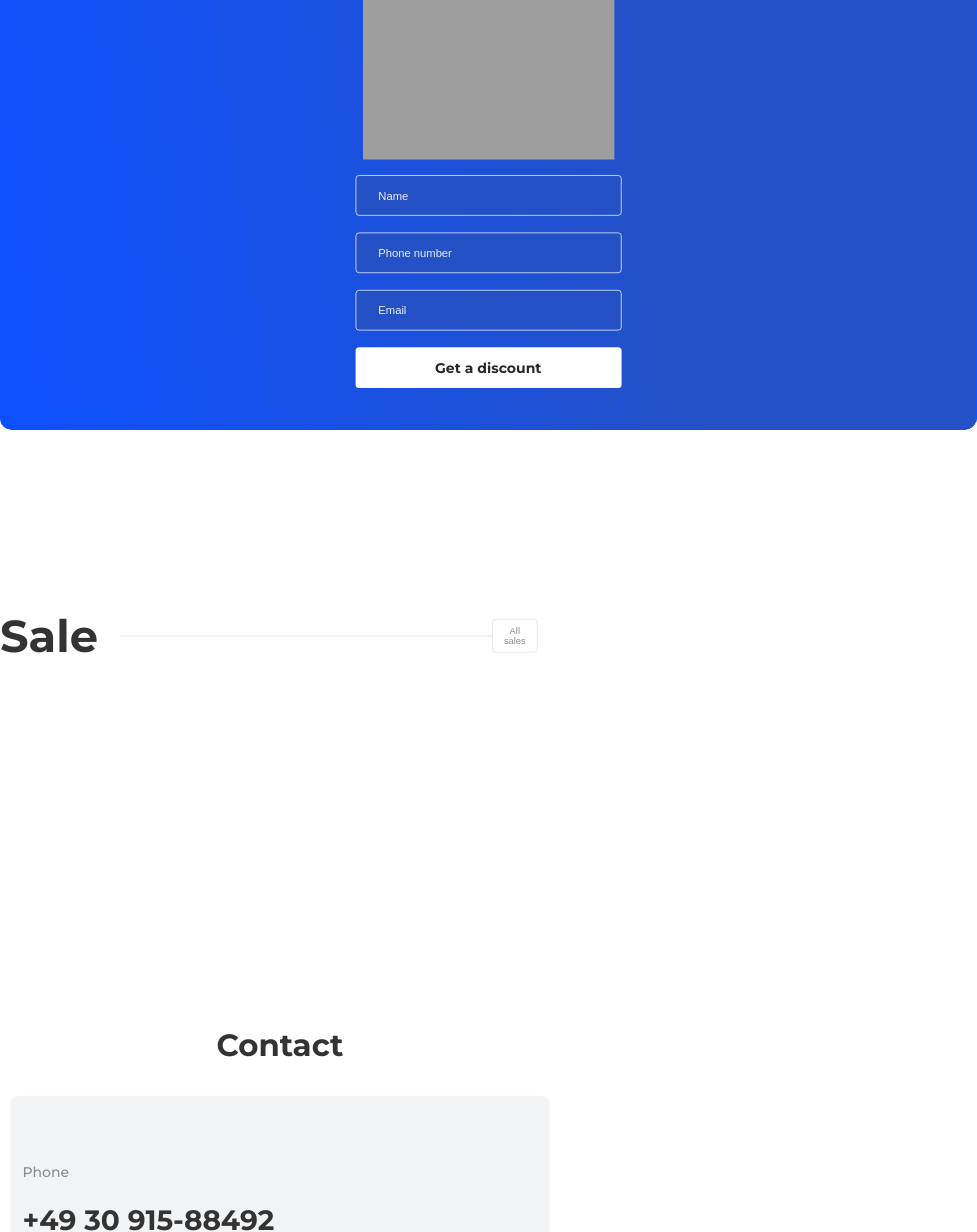
Repository: jursylian/PET-INTERNET-SHOP-PROJECT
Page: /
An editor plug-in stored every save of this project. The page is shown before and after the next save, followed by the edit.
The browser window is 768 px wide. The page is 1395 px wide, so the pictures cover 1395 px, including what lies to the right of the window. The pictures show the part of the page from y = 1713 to 3473 px (the page is 4917 px tall before and 4893 px after), at 70% of full size.
Pictures or frames that could not be fetched are drawn as grey boxes. The page's requests for data from a server got no answer. The project was rebuilt for these pictures with package versions that can differ from the ones it lists, and the page was loaded fresh each time. No one was signed in, and anything a server would have sent is missing. Also part of the build but not shown: vite.config.js, src/pages/CategoriesAll/CategoriesAll.module.css, src/layouts/PageSection/PageSection.module.css, src/layouts/PageSection/PageSection.jsx, src/pages/CategoriesAll/CategoriesAll.jsx, src/redux/productsSelectors.js, src/components/ProductFilter/ProductFilter.module.css, src/components/ProductFilter/ProductFilter.jsx and 22 more.

Above is the page before, as saved 2025-11-06 18:40:49.

### index.html
<!DOCTYPE html>
<html lang="en">
  <head>
    <meta charset="UTF-8" />
    <link rel="icon" type="image/svg+xml" href="/vite.svg" />
    <link
      href="https://fonts.googleapis.com/css2?family=Montserrat:wght@400;500;700&display=swap"
      rel="stylesheet"
    />

    <meta name="viewport" content="width=device-width, initial-scale=1.0" />
    <title>pet-internet-shop-project</title>
  </head>
  <body>
    <div id="root"></div>
    <script type="module" src="/src/main.jsx"></script>
  </body>
</html>

### src/main.jsx
import React from "react";
import ReactDOM from "react-dom/client";
import App from "./App";
import { Provider } from "react-redux";
import store from "./redux/store";
import { BrowserRouter } from "react-router-dom";
import "./index.css";

ReactDOM.createRoot(document.getElementById("root")).render(
  <BrowserRouter>
    <Provider store={store}>
      <App />
    </Provider>
  </BrowserRouter>
);

### src/App.jsx
import "./App.css";
import AppRouter from "./router/AppRouter";

function App() {
  return (
    <>
      <AppRouter />
    </>
  );
}

export default App;

### src/index.css
* {
  margin: 0;
  padding: 0;
  box-sizing: border-box;
}

body {
  font-family: "Montserrat";
  font-size: 16px;
  line-height: 1.5;
  color: #333;
}

.text-decoration-none {
  text-decoration: none;
}

### src/router/AppRouter.jsx
import { Routes, Route } from "react-router-dom";
import MainLayout from "../layouts/MainLayout/MainLayout";

import Home from "../pages/Home/Home";
import CategoriesAll from "../pages/CategoriesAll/CategoriesAll";
import AllProducts from "../pages/AllProducts/AllProducts";
import ProductDescription from "../pages/ProductDescription/ProductDescription";
import Cart from "../pages/Cart/Cart";
import NotFound from "../pages/NotFound/NotFound";
import AllSales from "../pages/AllSales/AllSales";
import CategoryPage from "../pages/CategoryPage/CategoryPage";

function AppRouter() {
  return (
    <Routes>
      <Route element={<MainLayout />}>
        <Route path="/" element={<Home />} />
        <Route path="/categories" element={<CategoriesAll />} />
        <Route path="/categories/:categoryId" element={<CategoryPage />} />
        <Route path="/discounts" element={<AllSales />} />
        <Route path="/products" element={<AllProducts />} />
        <Route path="/product/:productId" element={<ProductDescription />} />
        <Route path="/cart" element={<Cart />} />
        <Route path="*" element={<NotFound />} />
      </Route>
    </Routes>
  );
}

export default AppRouter;

### src/layouts/MainLayout/MainLayout.jsx
import { Outlet } from "react-router-dom";
import Header from "../Header/Header";
import Footer from "../Footer/Footer";

export default function MainLayout() {
  return (
    <>
      <Header />
      <main className="container mx-auto p-4 min-h-[80vh]">
        <Outlet />
      </main>
      <Footer />
    </>
  );
}

### src/pages/Home/Home.jsx
import Categories from "../../components/Categories/Categories";
import PromoBanner from "../../components/PromoBanner/PromoBanner";
import DiscountForm from "../../components/DiscountForm/DiscountForm";
import Sales from "../../components/Sales/Sales";
import styles from "./Home.module.css";

function Home() {
  return (
    <main className={styles.wrapper}>
      <PromoBanner />
      <Categories />
      <DiscountForm />
      <Sales />
    </main>
  );
}

export default Home;

### src/layouts/Header/Header.jsx
import { Link, NavLink, useLocation } from "react-router-dom";
import { useSelector } from "react-redux";
import styles from "./Header.module.css";
import logo from "../../assets/logo.svg";
import cartIcon from "../../assets/cart-icon.svg";

function Header() {
  const items = useSelector((state) => state.cart.items);
  const totalQuantity = items.reduce((sum, item) => sum + item.quantity, 0);
  const location = useLocation();

  const currentPath = location.pathname;

  return (
    <header
      className={`${styles.header} ${
        currentPath !== "/" ? styles.withDivider : ""
      }`}
    >
      <div className={styles.left}>
        <Link to="/" className={styles.logo}>
          <img src={logo} alt="Логотип" />
        </Link>
      </div>

      <nav className={styles.nav}>
        {currentPath === "/" ? (
          <span className={styles.inactive}>Main Page</span>
        ) : (
          <NavLink to="/" end>
            Main Page
          </NavLink>
        )}

        {currentPath === "/categories" ? (
          <span className={styles.inactive}>Categories</span>
        ) : (
          <NavLink to="/categories">Categories</NavLink>
        )}

        {currentPath === "/products" ? (
          <span className={styles.inactive}>All Products</span>
        ) : (
          <NavLink to="/products">All Products</NavLink>
        )}

        {currentPath === "/discounts" ? (
          <span className={styles.inactive}>All Sales</span>
        ) : (
          <NavLink to="/discounts">All Sales</NavLink>
        )}
      </nav>

      <div className={styles.right}>
        <Link to="/cart" className={styles.cart}>
          <img src={cartIcon} alt="Корзина" />
          {totalQuantity > 0 && (
            <span className={styles.count}>{totalQuantity}</span>
          )}
        </Link>
      </div>
    </header>
  );
}

export default Header;

### src/layouts/Footer/Footer.jsx
import styles from "./Footer.module.css";
import chatIcon from "../../assets/ic-instagram.svg";
import phoneIcon from "../../assets/ic-whatsapp.svg";

export default function Footer() {
  return (
    <footer className={styles.footer}>
      <h3 className={styles.contact}>Contact</h3>
      <div className={styles.info}>
        <div className={styles.container}>
          <div className={styles.card}>
            <p className={styles.text}>Phone</p>
            <p className={styles.textInfo}>+49 30 915-88492</p>
          </div>
          <div className={styles.icons}>
            <p className={styles.text}>Socials</p>
            <div className={styles.socialsMedien}>
              <img src={chatIcon} alt="Chat" />
              <img src={phoneIcon} alt="Phone" />
            </div>
          </div>
        </div>

        <div className={styles.container}>
          <div className={styles.card}>
            <p className={styles.text}>Address</p>
            <p className={styles.textInfo}>
              Wallstraẞe 9-13, 10179 Berlin, Deutschland
            </p>
          </div>
          <div className={styles.icons}>
            <p className={styles.text}>Working Hours</p>
            <p className={styles.textInfo}>24 hours a day</p>
          </div>
        </div>
      </div>
      <div className={styles.map}>
        <iframe
          className={styles.iframe}
          src="https://www.google.com/maps/embed?pb=!1m18!1m12!1m3!1d3642.428115488763!2d13.40018838277564!3d52.5113162995337!2m3!1f0!2f0!3f0!3m2!1i1024!2i768!4f13.1!3m3!1m2!1s0x47a84e27db4748a5%3A0x1d538c01013c2c7!2sWallstra%C3%9Fe%209-13%2C%2010179%20Berlin!5e0!3m2!1suk!2sde!4v1760550313224!5m2!1suk!2sde"
          width="600"
          height="450"
          style={{ border: 0 }}
          allowFullScreen=""
          loading="lazy"
          referrerPolicy="no-referrer-when-downgrade"
        ></iframe>
      </div>
    </footer>
  );
}

### src/components/Categories/Categories.jsx
import { useNavigate } from "react-router-dom";
import { useEffect, useState } from "react";
import axios from "axios";
import styles from "./Categories.module.css";

const Categories = () => {
  const navigate = useNavigate();
  const [categories, setCategories] = useState([]);

  useEffect(() => {
    const fetchCategories = async () => {
      try {
        const res = await axios.get("http://localhost:3333/categories/all");
        setCategories(res.data.slice(0, 4));
      } catch (err) {
        console.error("Ошибка загрузки категорий:", err);
      }
    };

    fetchCategories();
  }, []);

  return (
    <section className={styles.categories}>
      <div className={styles.header}>
        <h2 className={styles.title}>Categories</h2>
        <div className={styles.line}></div>
        <button
          onClick={() => navigate("/categories")}
          className={styles.showAllBtn}
        >
          All categories
        </button>
      </div>

      <div className={styles.cards}>
        {categories.map(({ id, title, image }) => (
          <div
            key={id}
            className={styles.card}
            onClick={() => navigate(`/categories/${id}`)}
          >
            <img
              src={`http://localhost:3333${image}`}
              alt={title}
              className={styles.image}
            />
            <p className={styles.label}>{title}</p>
          </div>
        ))}
      </div>
    </section>
  );
};

export default Categories;

### src/components/PromoBanner/PromoBanner.jsx
import { Link } from "react-router-dom";
import styles from "./PromoBanner.module.css";
import bannerImage from "../../assets/background.png";

function PromoBanner() {
  return (
    <section className={styles.hero}>
      <img src={bannerImage} alt="Баннер" className={styles.image} />

      <div className={styles.content}>
        <h1>
          Amazing Discounts <br />
          on Pets Products!
        </h1>

        <Link to="/discounts" className={styles.button}>
          Check out
        </Link>
      </div>
    </section>
  );
}

export default PromoBanner;

### src/pages/Home/Home.module.css
/* Home.module.css */
.wrapper {
  display: flex;
  flex-direction: column;
  gap: 80px;
  padding: 40px 0;
}

.section {
  display: flex;
  flex-direction: column;
  gap: 24px;
}

.title {
  font-size: 28px;
  font-weight: 600;
}

.grid {
  display: grid;
  grid-template-columns: repeat(auto-fill, minmax(220px, 1fr));
  gap: 24px;
}

.message {
  font-size: 16px;
  color: #555;
}

### src/layouts/Header/Header.module.css
.header {
  display: flex;
  align-items: center;
  justify-content: space-between;
  padding: 40px 80px;
  height: 128px;
  width: 100%;
  position: relative;
  background-color: #fff;
  z-index: 10;
}

.withDivider {
  border-bottom: 1px solid #e5e5e5;
}

.left,
.right {
  flex: 1;
  display: flex;
  align-items: center;
}

.left {
  justify-content: flex-start;
}

.right {
  justify-content: flex-end;
}

.logo img {
  height: 70px;
  display: block;
  transition: transform 0.3s ease;
}

.logo img:hover {
  transform: scale(1.2);
}

.nav {
  flex: 2;
  display: flex;
  justify-content: center;
  align-items: center;
  gap: 44px;
}

.nav a {
  text-decoration: none;
  color: #282828;
  font-weight: 500;
  font-size: 20px;
  transition: color 0.2s ease;
}

.nav a:hover {
  color: #007bff;
}

.active {
  color: #007bff;
  font-weight: 600;
}

.inactive {
  color: #8b8b8b;
  font-weight: 500;
  font-size: 20px;
  cursor: default;
  text-decoration: none;
  pointer-events: none;
}

.inactive:hover {
  color: #8b8b8b;
}

.cart {
  position: relative;
  display: flex;
  align-items: center;
}

.cart img {
  height: 44px;
}

.count {
  position: absolute;
  top: 0;
  left: -6px;
  background-color: #007bff;
  color: white;
  border-radius: 50%;
  font-size: 12px;
  font-weight: bold;
  width: 22px;
  height: 22px;
  display: flex;
  align-items: center;
  justify-content: center;
}

### src/components/Categories/Categories.module.css
.categories {
  height: auto;
  min-height: 560px;
  border-radius: 10px;
  width: 100%;
  max-width: 1360px;
  margin: 0 auto;
  padding-bottom: 10px;
  margin-top: 106px;
}

.header {
  display: flex;
  align-items: center;
  margin-bottom: 40px;
  gap: 0; /* чтобы элементы были вплотную */
}

.title {
  font-family: Montserrat;
  font-weight: 700;
  font-size: 64px;
  margin-right: 32px;
  white-space: nowrap;
}

.line {
  flex: 1;
  height: 1px;
  background-color: #dddddd;
  margin-right: -1px; /* чтобы линия прямо “врезалась” в кнопку */
}

.showAllBtn {
  border: 1px solid #dddddd;
  border-radius: 5px;
  background-color: white;
  padding: 8px 16px;
  color: #8b8b8b;
  cursor: pointer;
  transition: all 0.3s ease;
  margin-left: 0; /* убираем отступ между линией и кнопкой */
}

.showAllBtn:hover {
  background-color: #7e7b7b;
  color: white;
  transform: translateY(-2px);
  box-shadow: 0 4px 8px rgba(0, 0, 0, 0.1);
}

.showAllBtn:active {
  background-color: #0d50ff;
  transform: scale(0.98);
  box-shadow: inset 0 2px 4px rgba(0, 0, 0, 0.2);
}

.cards {
  display: flex;
  flex-wrap: wrap;
  gap: 32px;
  justify-content: center;
}

.card {
  position: relative;
  text-align: center;
  cursor: pointer;
}

.image {
  width: 316px;
  height: 350px;
  object-fit: cover;
  border-radius: 12px;
  transition: transform 0.3s ease, box-shadow 0.3s ease;
}

.image:hover {
  transform: translateY(-6px) scale(1.1);
  box-shadow: 0 8px 16px rgba(0, 0, 0, 0.1);
}

.label {
  font-weight: 500;
  font-size: 20px;
  color: #282828;
  margin-top: 16px;
  line-height: 130%;
}

@media (max-width: 768px) {
  .header {
    flex-direction: column;
    align-items: center;
    gap: 16px;
  }

  .title {
    font-size: 36px;
    margin-right: 0;
  }

  .line {
    width: 100%;
    margin-right: 0;
  }

  .showAllBtn {
    font-size: 14px;
    padding: 6px 10px;
  }

  .cards {
    flex-direction: column;
    align-items: center;
    gap: 20px;
  }
}

### src/components/PromoBanner/PromoBanner.module.css
.hero {
  position: relative;
  width: 100%;
  height: 520px;
  overflow: hidden;
  margin-top: -40px;
}

.image {
  position: absolute;
  top: 0;
  left: 0;
  width: 100%;
  height: 100%;
  object-fit: cover;
  z-index: 1;
}

.content {
  position: relative;
  z-index: 2;
  color: #fff;
  text-align: left;
  padding-left: 80px;
  transform: translateY(50px);
}

.content h1 {
  font-size: 96px;
  font-weight: 700;
  margin-bottom: 40px;
  line-height: 1.1;
}

.button {
  display: inline-block;
  background: #0d50ff;
  color: #fff;
  font-weight: 600;
  font-size: 20px;
  border: none;
  border-radius: 8px;
  cursor: pointer;
  transition: background-color 0.2s ease, transform 0.2s ease;
  padding: 16px 36px;
  text-decoration: none;
  box-sizing: border-box;
}

.button:hover {
  background-color: #0036cc;
  transform: translateY(-3px);
  box-shadow: 0px 12px 20px rgba(13, 80, 255, 0.4);
}

### src/ui/Input/Input.jsx
import styles from "./Input.module.css";

const Input = ({
  type = "text",
  name,
  label,
  placeholder,
  value,
  onChange,
  error,
  id,
  ...rest
}) => {
  const inputId = id || name;

  return (
    <div className={styles.field}>
      {label && (
        <label htmlFor={inputId} className={styles.label}>
          {label}
        </label>
      )}
      <input
        id={inputId}
        type={type}
        name={name}
        placeholder={placeholder}
        value={value}
        onChange={onChange}
        aria-invalid={!!error}
        aria-describedby={error ? `${inputId}-error` : undefined}
        className={`${styles.input} ${error ? styles.errorBorder : ""}`}
        autoComplete="off"
        {...rest}
      />
      {error && (
        <p id={`${inputId}-error`} className={styles.error}>
          {error}
        </p>
      )}
    </div>
  );
};

export default Input;

### src/ui/Button/Button.jsx
import { useState } from "react";
import styles from "./Button.module.css";

const Button = ({ children, onClick, type = "button", disabled = false }) => {
  const [submitted, setSubmitted] = useState(false);

  const handleClick = async (e) => {
    if (onClick) {
      const result = await onClick(e);

      if (result === true) {
        setSubmitted(true);
        setTimeout(() => setSubmitted(false), 3000);
      }
    }
  };

  return (
    <button
      type={type}
      onClick={handleClick}
      className={`${styles.button} ${submitted ? styles.submitted : ""}`}
      disabled={disabled || submitted}
    >
      {submitted ? "Request submitted" : children}
    </button>
  );
};

export default Button;

### src/components/DiscountForm/DiscountForm.module.css
.wrapper {
  width: 1395px;
  margin: 60px auto;
  border-radius: 16px;
  overflow: hidden;
}

.discountSection {
  position: relative;
  background: linear-gradient(261.47deg, #2451c6 32.63%, #0d50ff 98.96%);
  border-radius: 16px;
  padding: 60px 80px 0;
  display: flex;
  flex-direction: column;
  justify-content: space-between;
  min-height: 485px;
  overflow: hidden;
}

.title {
  color: #ffffff;
  font-weight: 800;
  font-size: 64px;
  text-align: center;
  margin-bottom: 40px;
  letter-spacing: 0.5px;
}

.content {
  display: flex;
  justify-content: space-between;
  align-items: flex-end;
  position: relative;
  gap: 40px;
}

.imageWrap {
  flex: 0 0 60%;
  display: flex;
  align-items: flex-end;
  justify-content: flex-start;
}

.animals {
  width: 110%;
  height: auto;
  object-fit: contain;
  margin-bottom: 0;
}

.form {
  flex: 0 0 40%;
  display: flex;
  flex-direction: column;
  gap: 24px;
  align-items: stretch;
  justify-content: flex-end;
  padding-bottom: 32px;
}

@media (max-width: 1024px) {
  .discountSection {
    padding: 40px 24px;
  }

  .title {
    font-size: 42px;
    margin-bottom: 24px;
  }

  .content {
    flex-direction: column;
    align-items: center;
    gap: 32px;
  }

  .form {
    width: 100%;
    max-width: 380px;
    padding-bottom: 20px;
  }

  .imageWrap {
    justify-content: center;
  }

  .animals {
    width: 90%;
    transform: translateY(10px);
  }
}

@media (max-width: 600px) {
  .title {
    font-size: 32px;
  }

  .form {
    gap: 16px;
  }
}

### src/ui/Input/Input.module.css
.field {
  width: 100%;
  display: flex;
  flex-direction: column;
}

.input {
  padding: 16px 32px;
  width: 100%;
  height: 58px;
  border-radius: 5px;
  border: 1px solid #ffffff;
  background-color: #2451c6;
  color: #ffffff;
  font-size: 18px;
  transition: all 0.2s ease;
}

.input::placeholder {
  color: #ffffff;
  opacity: 0.9;
  font-size: 16px;
}

.input:focus {
  border-color: #ffffff;
  box-shadow: 0 0 0 3px rgba(255, 255, 255, 0.3);
  outline: none;
  background-color: #2b5be0;
}

.errorBorder {
  border-color: #ff5555;
  background-color: #2b3b91;
}

.error {
  font-size: 14px;
  color: #ffcccc;
  margin-top: 4px;
}

### src/ui/Button/Button.module.css
.button {
  padding: 16px 32px;
  width: 100%;
  height: 58px;
  font-family: Montserrat, sans-serif;
  font-weight: 600;
  font-size: 20px;
  border: none;
  border-radius: 5px;
  cursor: pointer;
  background-color: #fff;
  color: #282828;
  transition: all 0.3s ease;
}

/* при наведении */
.button:hover {
  background-color: #282828;
  color: #fff;
}

/* активное состояние (после отправки) */
.button.submitted {
  background-color: #fff;
  color: #0d50ff;
  border: 2px solid #0d50ff;
  cursor: default;
  transition: all 0.3s ease;
}

/* убираем hover для состояния submitted */
.button.submitted:hover {
  background-color: #fff;
  color: #0d50ff;
}

Loaded but not shown: src/redux/productSlice.js (51 lines, source omitted); src/redux/cartSlice.js (38 lines, source omitted); src/redux/store.js (12 lines, source omitted); src/components/DiscountForm/DiscountForm.jsx (91 lines, source omitted); src/components/Sales/Sales.jsx (89 lines, source omitted); src/components/Sales/Sales.module.css (156 lines, source omitted); src/layouts/Footer/Footer.module.css (155 lines, source omitted); src/App.css (no stored copy; drawn as an empty file)

After the next save:
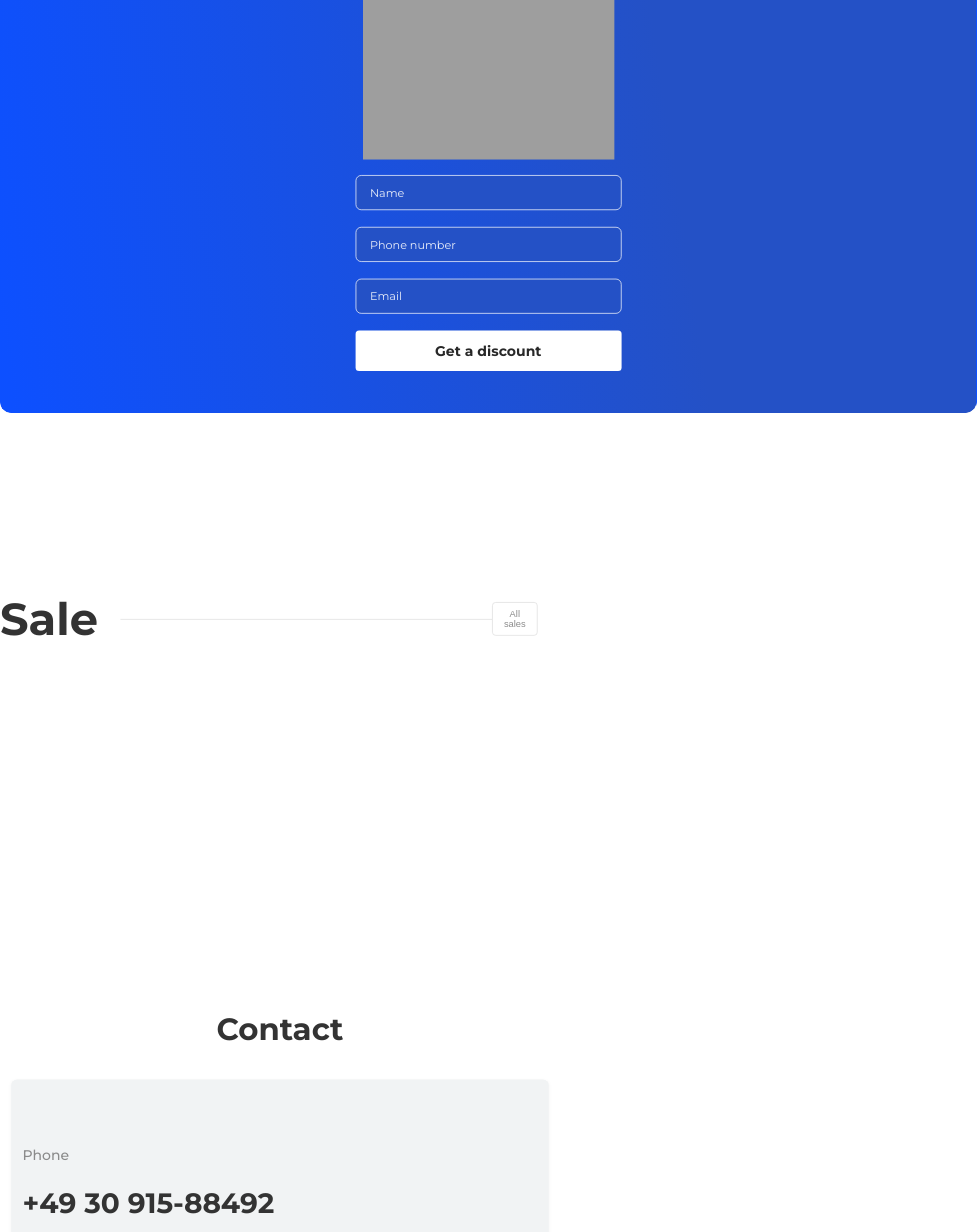
Saved 17 s later.
--- a/src/ui/Input/Input.module.css
+++ b/src/ui/Input/Input.module.css
@@ -2,36 +2,44 @@
   width: 100%;
   display: flex;
   flex-direction: column;
+  gap: 6px;
+}
+
+.label {
+  font-size: 16px;
+  font-weight: 500;
+  color: #ffffff;
+  font-family: Montserrat, sans-serif;
 }
 
 .input {
-  padding: 16px 32px;
   width: 100%;
   height: 58px;
-  border-radius: 5px;
+  padding: 16px 32px;
+  border-radius: 8px;
   border: 1px solid #ffffff;
   background-color: #2451c6;
   color: #ffffff;
   font-size: 18px;
-  transition: all 0.2s ease;
+  font-family: Montserrat, sans-serif;
+  transition: all 0.25s ease;
 }
 
 .input::placeholder {
-  color: #ffffff;
-  opacity: 0.9;
+  color: rgba(255, 255, 255, 0.9);
   font-size: 16px;
 }
 
-.input:focus {
-  border-color: #ffffff;
-  box-shadow: 0 0 0 3px rgba(255, 255, 255, 0.3);
-  outline: none;
-  background-color: #2b5be0;
+.input:hover {
+  background-color: #2e5fe0;
+  border-color: #cfe0ff;
 }
 
-.errorBorder {
-  border-color: #ff5555;
-  background-color: #2b3b91;
+.input:focus {
+  outline: none;
+  border-color: #80b3ff;
+  background-color: #2b5ce0;
+  box-shadow: 0 0 10px rgba(128, 179, 255, 0.5);
 }
 
 .error {
@@ -39,3 +47,20 @@
   color: #ffcccc;
   margin-top: 4px;
 }
+
+.errorBorder {
+  border-color: #ff5555 !important;
+  background-color: #2a3fa3;
+}
+
+@media (max-width: 768px) {
+  .input {
+    height: 50px;
+    padding: 14px 20px;
+    font-size: 16px;
+  }
+
+  .label {
+    font-size: 14px;
+  }
+}
